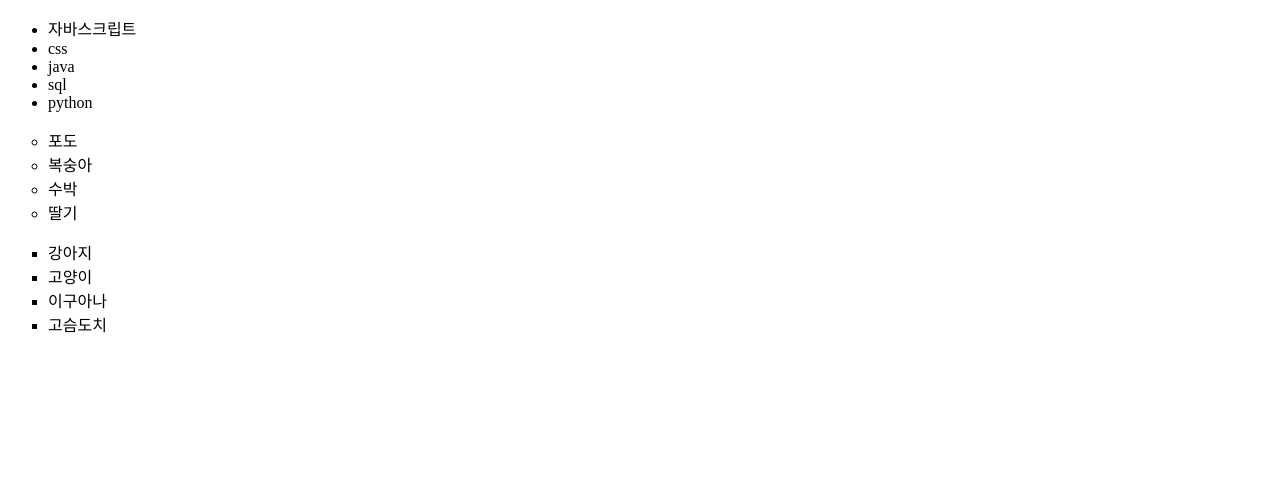
Repository: roditee/Frontend_ex
Page: HTML01/src/main/webapp/list.html
The author's editor kept a copy of each file at every save. The page is drawn from the files as they stood at one save, then again after the next save.
The browser window is 1280 px wide. The pictures show the whole page.

Above is the page before, as saved 2021-12-02 04:40:12.

### HTML01/src/main/webapp/list.html
<!DOCTYPE html>
<html>
	<head>
		<meta charset="UTF-8">
		<title>목록 태그</title>
	</head>
	<body>
		<ul type="disc">
			<li>자바스크립트</li>
			<li>css</li>
			<li>java</li>
			<li>sql</li>
			<li>python</li>
		</ul>

		<ul type="circle">
			<li>포도</li>
			<li>복숭아</li>
			<li>수박</li>
			<li>딸기</li>
		</ul>

		<ul type="square">
			<li>강아지</li>
			<li>고양이</li>
			<li>이구아나</li>
			<li>고슴도치</li>
		</ul>
	</body>
</html>

After the next save:
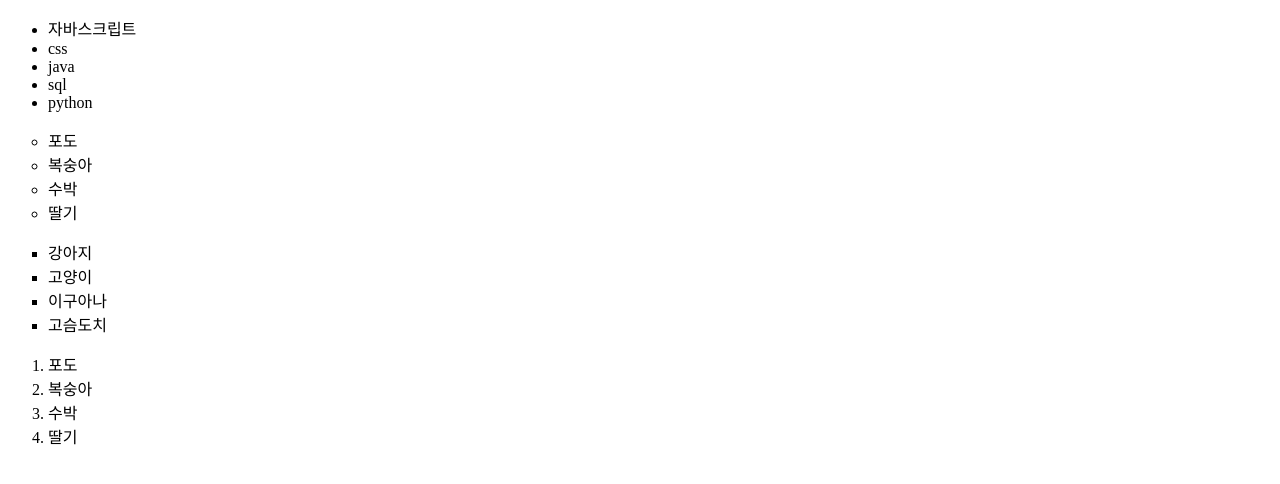
Saved 65 s later.
--- a/HTML01/src/main/webapp/list.html
+++ b/HTML01/src/main/webapp/list.html
@@ -5,6 +5,7 @@
 		<title>목록 태그</title>
 	</head>
 	<body>
+	<!-- 순서가 없는 목록 -->
 		<ul type="disc">
 			<li>자바스크립트</li>
 			<li>css</li>
@@ -26,5 +27,13 @@
 			<li>이구아나</li>
 			<li>고슴도치</li>
 		</ul>
+
+		<!-- 순서가 있는 목록 -->
+		<ol>
+			<li>포도</li>
+			<li>복숭아</li>
+			<li>수박</li>
+			<li>딸기</li>
+		</ol>
 	</body>
 </html>
